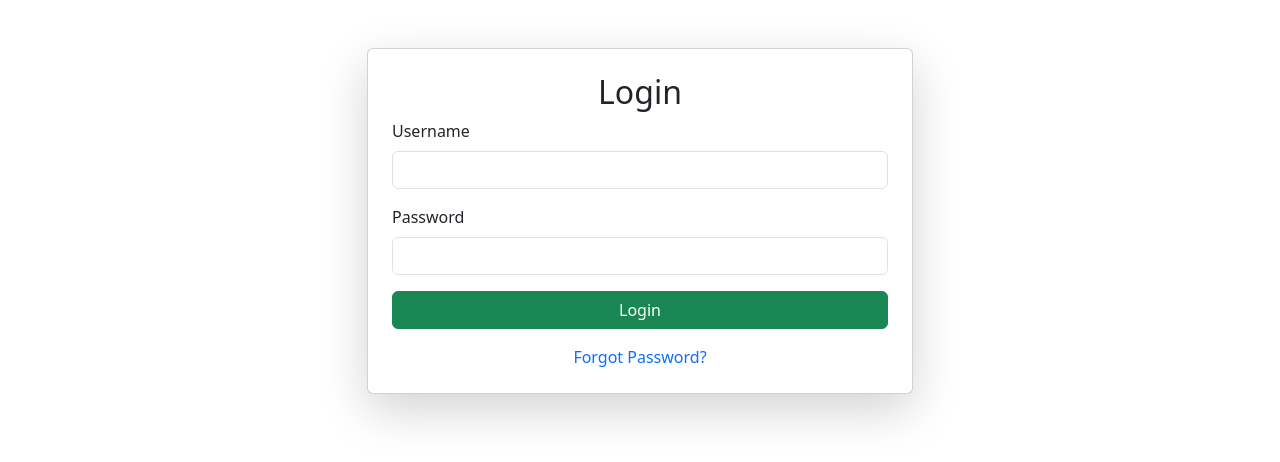
Repository: viraj2623/My_projects
Page: loginandregpr/src/main/webapp/login.html
These files come from the project's save history. The page is drawn as it stood at one moment and after the next save; the edit follows.
The browser window is 1280 px wide. The pictures show the whole page.

Above is the page before, as saved 2025-03-05 08:04:01.

After the next save:
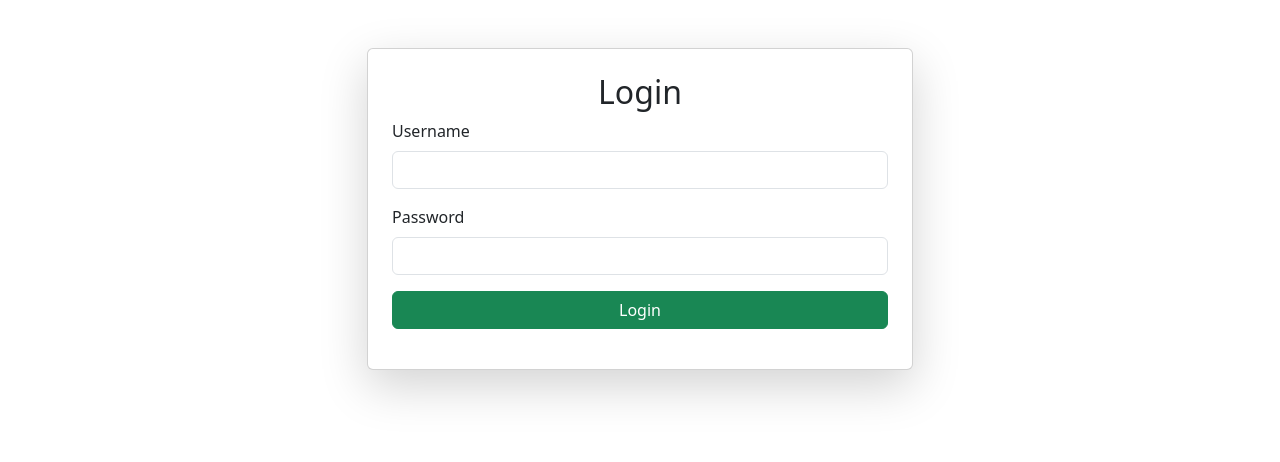
Saved 63 s later.
--- a/loginandregpr/src/main/webapp/login.html
+++ b/loginandregpr/src/main/webapp/login.html
@@ -27,7 +27,6 @@
                         </div>
                     </form>
                     <div class="text-center mt-3">
-                        <a href="#" class="text-decoration-none">Forgot Password?</a>
                     </div>
                 </div>
             </div>
